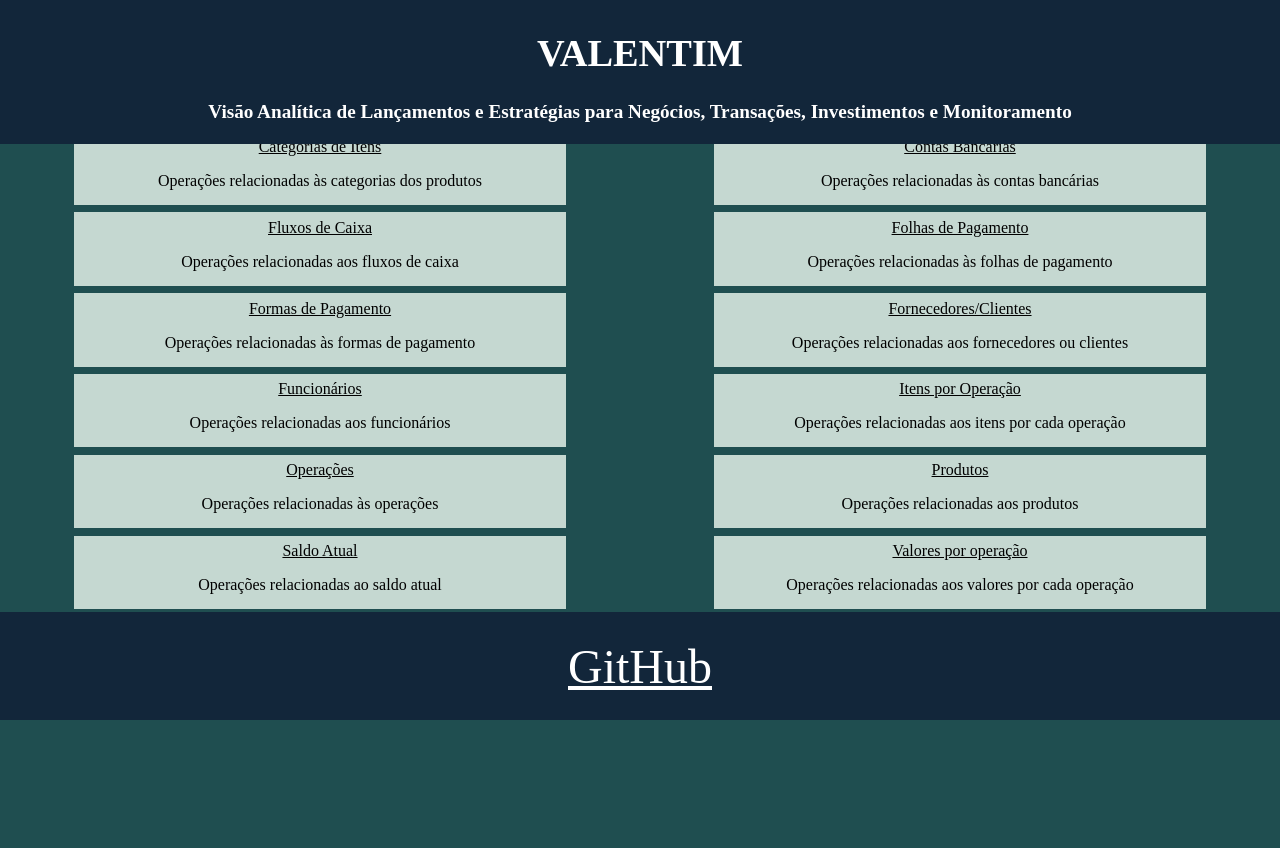
Repository: Matheus-Lacerda009/ERP-Financeiro
Page: Front/menu/menu.html
These files come from the project's save history. The page is drawn as it stood at one moment and after a run of saves; the edit follows.
The browser window is 1280 px wide. The pictures show the whole page.

Above is the page before, as saved 2026-07-13 19:10:17.

After the next 3 saves:
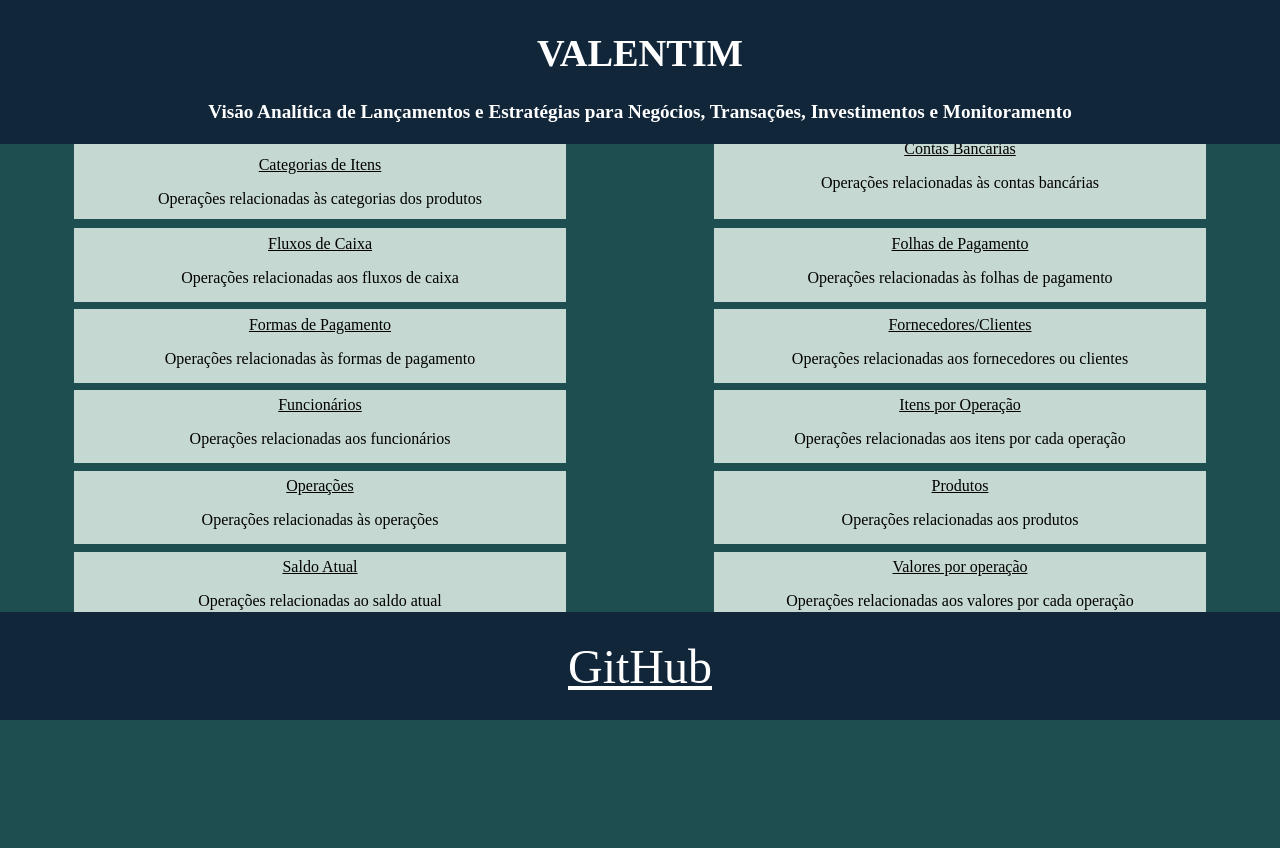
The 3 saves are shown as one change because they came seconds apart.
The last was saved 24 s later.
--- a/Front/menu/menu.html
+++ b/Front/menu/menu.html
@@ -15,7 +15,7 @@
         <div id="espaço"></div>
         <div class="container">
             <div class="divEntidades">
-                <a href="../categoria_item/categoria_item.html" class="links">Categorias de Itens</a>
+                <a href="../categoria_item/categoria_item.html" class="links"><p>Categorias de Itens</p></a>
                 <p>Operações relacionadas às categorias dos produtos</p>
             </div>
             <div class="divEntidades">
